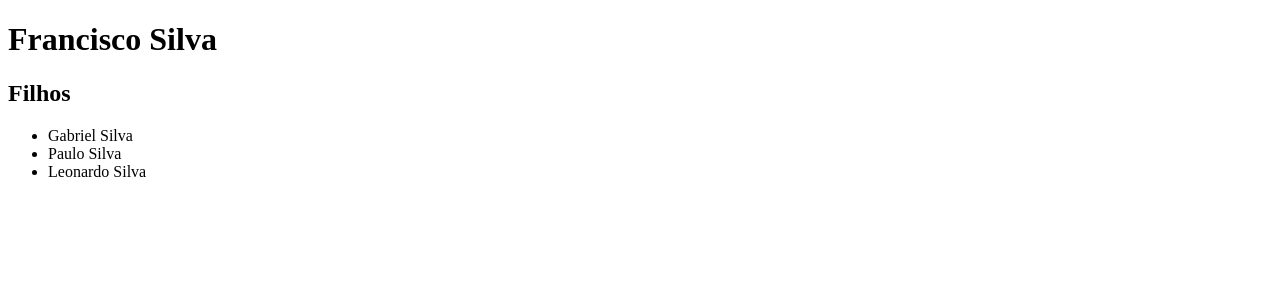
Repository: eversonps/react-fundamentos
Page: / (app in v2/exercicios/)
These files come from the project's save history. The page is drawn as it stood at one moment and after a run of saves; the edit follows.
The browser window is 1280 px wide. The pictures show the whole page.
The project was rebuilt for these pictures with package versions that can differ from the ones it lists, and the page was loaded fresh each time.

Above is the page before, as saved 2022-03-21 16:02:21.

After the next 6 saves:
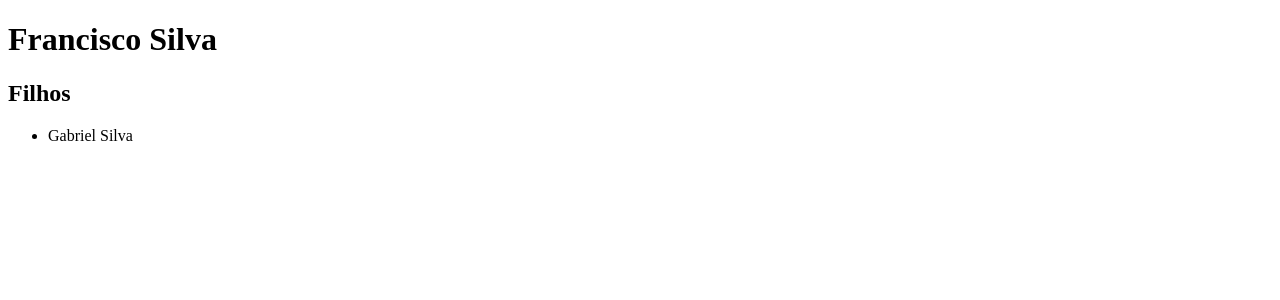
The 6 saves are shown as one change because 5 did not build or start.
The last was saved 5 min 22 s later.
--- a/v2/exercicios/src/index.js
+++ b/v2/exercicios/src/index.js
@@ -8,8 +8,7 @@ ReactDOM.render(
     <div>
         <Pai nome="Francisco" sobrenome="Silva">
             <Filho nome="Gabriel" sobrenome="Silva"></Filho>
-            <Filho nome="Paulo" sobrenome="Silva"></Filho>
-            <Filho nome="Leonardo" sobrenome="Silva"></Filho>
+
         </Pai>
     </div>,
     document.getElementById("root")
--- a/v2/exercicios/src/componentes/Pai.jsx
+++ b/v2/exercicios/src/componentes/Pai.jsx
@@ -5,7 +5,7 @@ export default props => (
         <h1>{props.nome} {props.sobrenome}</h1>
         <h2>Filhos</h2>
         <ul>
-            {props.children}
+            {React.cloneElement(props.children, {...props, ...props.children.props})}
         </ul>
     </div>
 
